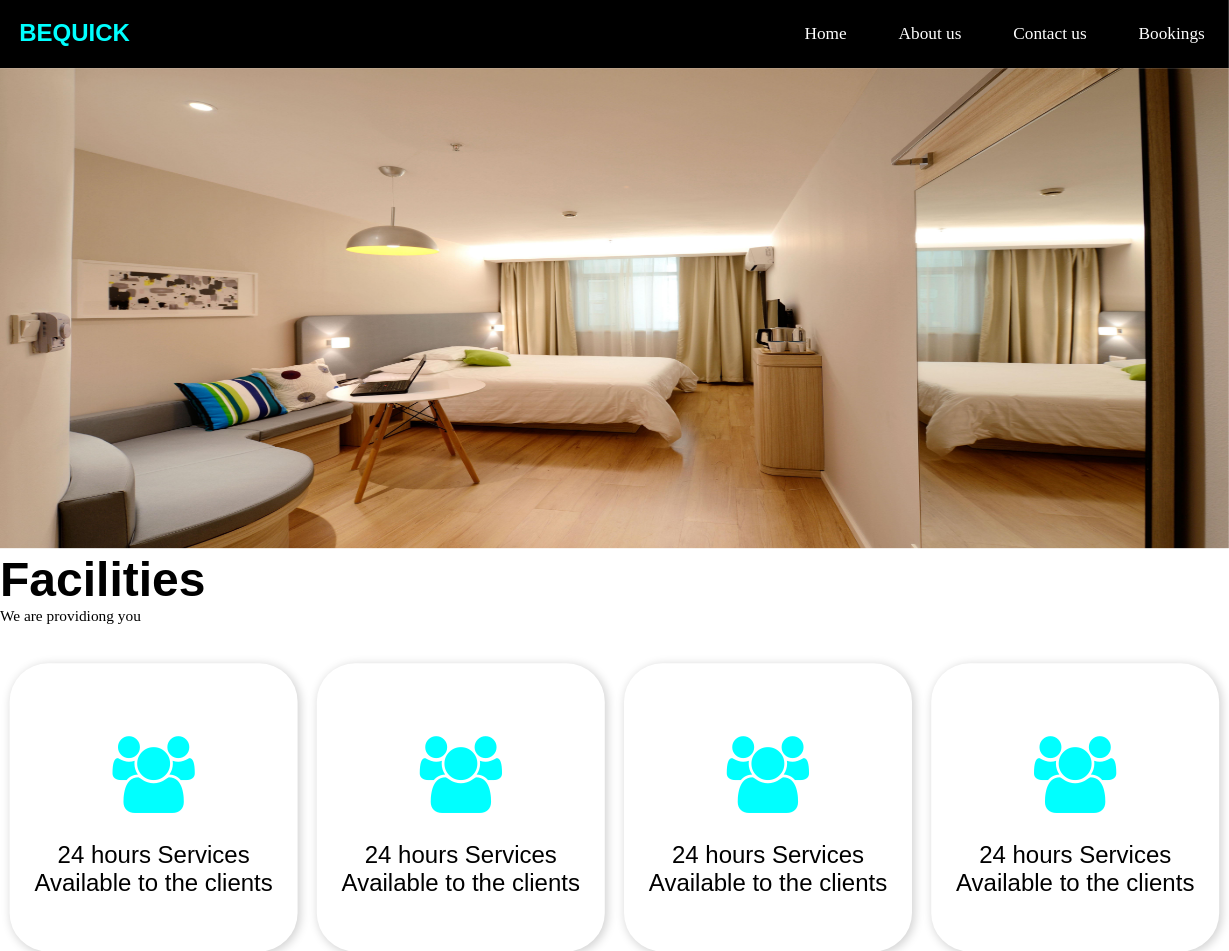
Repository: Ayushi6Sharma/BEQUICK_Hotel_Booking_Web
Page: index.html
An editor plug-in stored every save of this project. The page is shown before and after the next save, followed by the edit.
The browser window is 1280 px wide. The pictures show the whole page, at 96% of full size.

Above is the page before, as saved 2022-05-09 01:04:46.

### index.html
<!DOCTYPE html>
<html lang="en">
<head>
    <meta charset="UTF-8">
    <meta http-equiv="X-UA-Compatible" content="IE=edge">
    <meta name="viewport" content="width=device-width, initial-scale=1.0">
    <link rel="stylesheet" href="style.css">
    <!-- <link rel="stylesheet" href="https://cdn.jsdelivr.net/npm/@fortawesome/fontawesome-free@5.15.4/css/fontawesome.min.css" integrity="sha384-jLKHWM3JRmfMU0A5x5AkjWkw/EYfGUAGagvnfryNV3F9VqM98XiIH7VBGVoxVSc7" crossorigin="anonymous"> -->
    <!-- <link href="https://cdnjs.cloudflare.com/ajax/libs/font-awesome/5.13.0/css/all.min.css" rel="stylesheet"> -->
    <link rel="stylesheet" href="https://stackpath.bootstrapcdn.com/font-awesome/4.7.0/css/font-awesome.min.css" integrity="sha384-wvfXpqpZZVQGK6TAh5PVlGOfQNHSoD2xbE+QkPxCAFlNEevoEH3Sl0sibVcOQVnN" crossorigin="anonymous">

</head>
    <title>Document</title>
</head>
<body>
    <main>
        <nav class="nav">

            <ul class="nav-list">
                <span class="logo">BEQUICK</span>
                <li><a href="#">Home</a></li>
                <li><a href="#">About us</a></li>
                <li><a href="#">Contact us</a></li>
                <li><a href="#">Bookings</a></li>
            </ul>
        </nav>
        <section>
            <div class="hotel-main-image">
                <!-- <div class="bookings-btn">Bookings</div> -->
                <img src="./images/hotel-img-2.jpg" class="hotel-img-2">
            </div>
        </section>
        <!-- section 2  -->
        <section>
            <div class="section2-facilities">
               <div class="main-facilities">Facilities</div>
                <div class="main-facilities-lower">We are providiong you </div>
            </div>
            <div class="flex1-container1">
                <div class="flex1-item1">
                    <div class="facilities">
                        <i class="fa fa-users fa-5x"></i>
                        <div class="facilities-content">
                            24 hours Services Available to the clients
                        </div>
                    </div>
                </div>
                <div class="flex1-item2">
                    <div class="facilities">
                        <i class="fa fa-users fa-5x"></i>
                        <div class="facilities-content">
                            24 hours Services Available to the clients
                        </div>
                    </div>
                </div>
                <div class="flex1-item3">
                    <div class="facilities">
                        <i class="fa fa-users fa-5x"></i>
                        <div class="facilities-content">
                            24 hours Services Available to the clients
                        </div>
                    </div>
                </div>
                <div class="flex1-item4">
                    <div class="facilities">
                        <i class="fa fa-users fa-5x"></i>
                        <div class="facilities-content">
                            24 hours Services Available to the clients
                        </div>
                    </div>
                </div>
            </div>
        </section>
    </main>
</body>
</html>

### style.css
*
{
    padding: 0px;
    margin: 0px;
    box-sizing: border-box;
}
/* nav */
.nav
{
    background-color: black;
}
.nav-list
{
    list-style-type:none;
    width: 100%;
    text-align: end;
}
.nav-list > li
{
    display: inline-block;
    padding: 25px;
    font-size: 18px;
}
.nav-list li a
{
    text-decoration: none;
    color:white;
}
.nav-list li a:hover
{
    color: aquamarine;
}
.logo
{
    padding: 20px;
    color:aqua;
    float: left;
    font-size: 25px;
    font-weight: bolder;
    font-family: sans-serif;
}
/* section 1 */
/* main image */
.hotel-img-2
{
    width: 100%;
    height:500px;
}
hotel-main-image
{
    position: relative;
}
/* .bookings-btn
{
    width:250px;
    height: 60px;
    background-color: black;
    color:white;
    border-radius: 40px;
    text-align: center;
    padding-top: 15px;
    font-size:25px;
    font-family: sans-serif;
    position: absolute;
} */

/* section 2 */
.flex1-container1
{
    display: flex;
    flex-direction: row;
    flex-wrap: wrap;
    margin-top: 40px;
    justify-content: space-around;
}
/* Facilities */
.main-facilities
{
    font-size: 50px;
    font-weight: bold;
    font-family: sans-serif;
}
.facilities
{
    width:300px;
    height:300px;
    text-align:center;
    border-radius: 40px;
    box-shadow: 2px 2px 10px 1px lightgrey;
}
.fa
{
    color:aqua;
    margin-top:25%;
}
.facilities-content
{   margin-top: 30px;
    font-size: 25px;
    font-family:sans-serif;
}

After the next save:
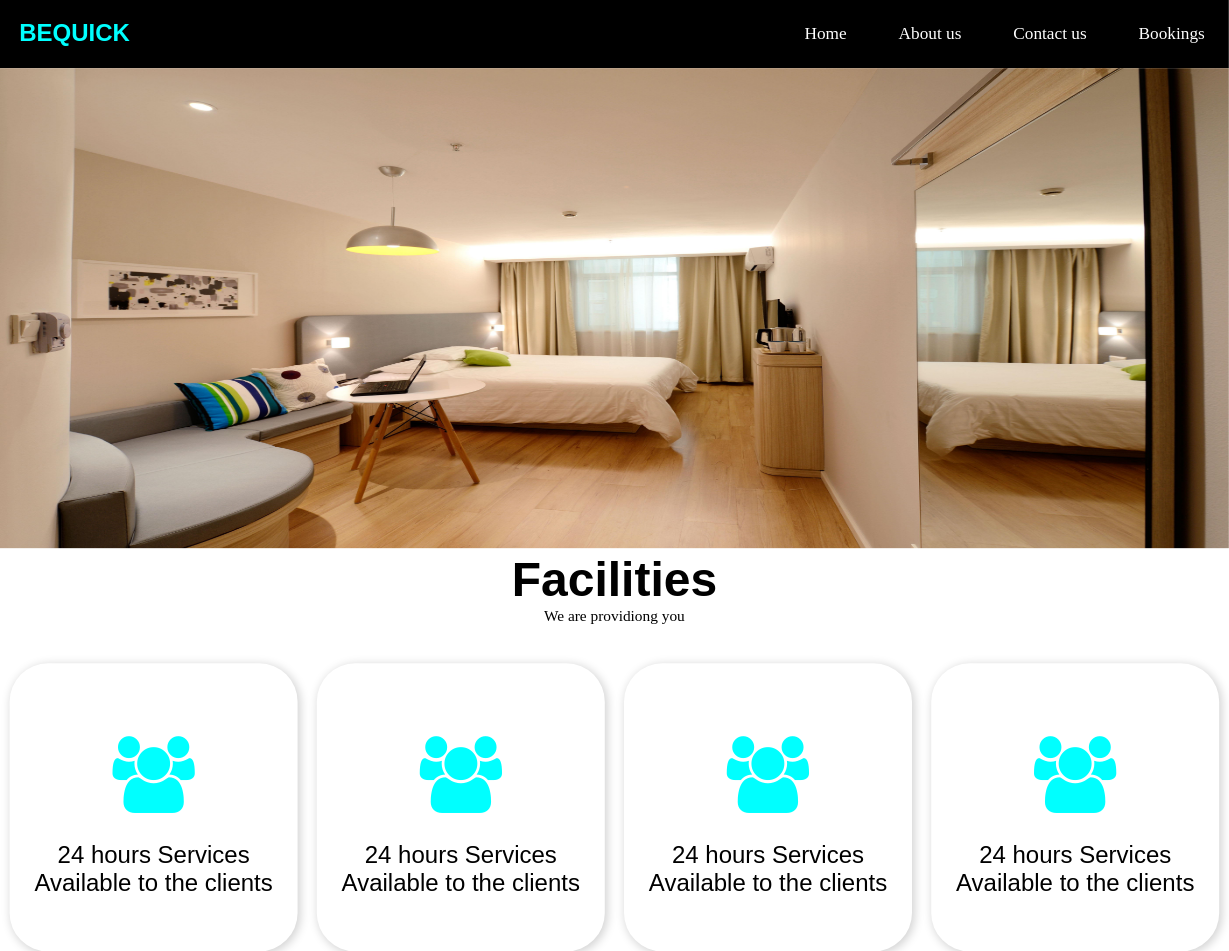
Saved 32 s later.
--- a/style.css
+++ b/style.css
@@ -74,6 +74,10 @@ hotel-main-image
     justify-content: space-around;
 }
 /* Facilities */
+.section2-facilities
+{
+    text-align: center;
+}
 .main-facilities
 {
     font-size: 50px;
